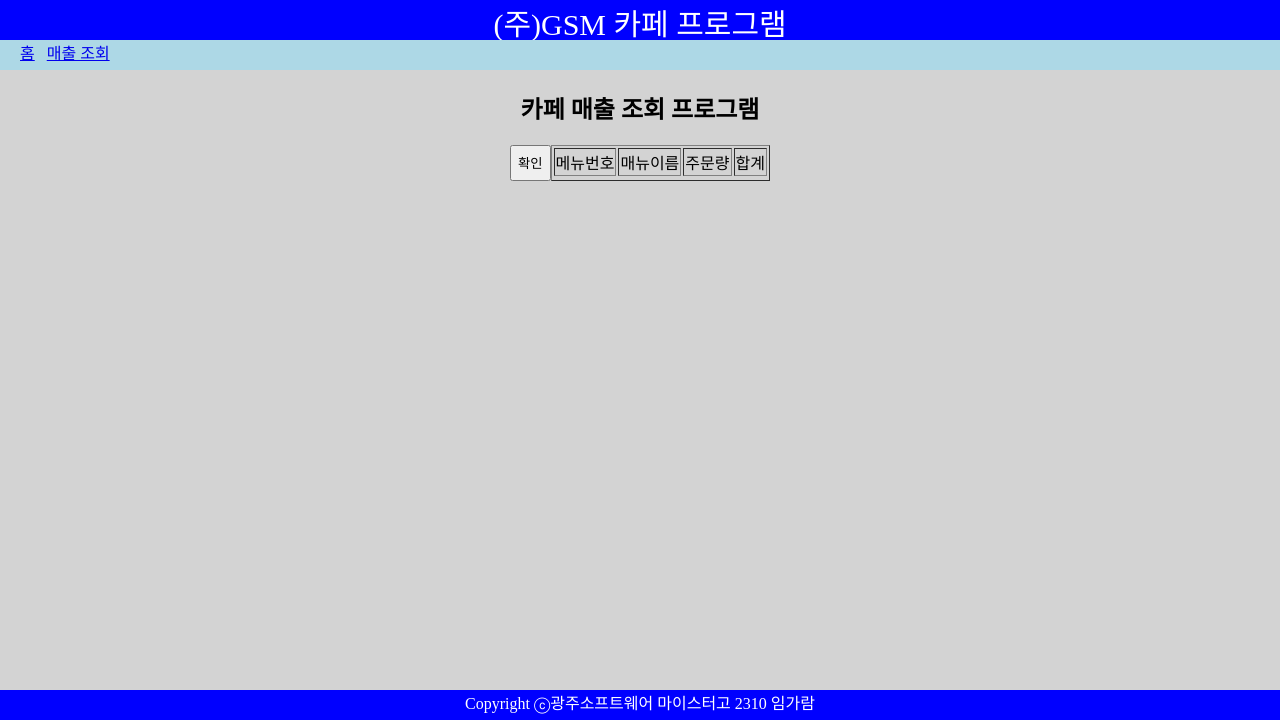
Repository: ImGaram/til
Page: http://localhost/cafe/sales.jsp
These files come from the project's save history. The page is drawn as it stood at one moment and after the next save; the edit follows.
The browser window is 1280 px wide. The pictures show the whole page.
The page is served by Tomcat 9. Queries for data that is not in the repository find no rows.

Above is the page before, as saved 2022-06-29 01:33:21.

### 2학년 jsp(화면구현)/gsm2022/cafe/src/main/webapp/sales.jsp
<%@page import="java.sql.ResultSet"%>
<%@page import="java.sql.PreparedStatement"%>
<%@page import="DBPKG.Util"%>
<%@page import="java.sql.Connection"%>
<%@ page language="java" contentType="text/html; charset=UTF-8"
    pageEncoding="UTF-8"%>
<!DOCTYPE html>
<html>
<head>
<meta charset="UTF-8">
<title>sales</title>
</head>
<body>
<jsp:include page="header.jsp"></jsp:include>
<section style="position:fixed; width:100%; height:100%; top:70px; left:0; background-color: lightgray">
<h2 style="text-align: center">카페 매출 조회 프로그램</h2>
<form name="frm" style="display:flex; justify-content: center; text-align:center;">
<table border="1">

<tr>
<td>메뉴번호</td>
<td>매뉴이름</td>
<td>주문량</td>
<td>합계</td>
</tr>

<%
try {
	String sql = "";
	Connection conn = Util.getConnection();

	sql = "select distinct a.menuno, a.menuname, sum(b.amount), a.price*sum(b.amount) from menu_tbl a, order_tbl b where a.menuno = b.menuno group by a.menuno, a.menuname, a.price order by a.menuno";
	PreparedStatement stmt = conn.prepareStatement(sql);
	ResultSet rs = stmt.executeQuery();

	while(rs.next()) {
		%>
		<tr>
		<td><%=rs.getString(1) %></td>
		<td><%=rs.getString(2) %></td>
		<td><%=rs.getString(3) %></td>
		<td><%=rs.getString(4) %></td>
		</tr>
		<%
	}
} catch(Exception e) {
	e.printStackTrace();
}
%>
<tr>
<button>확인</button>
</tr>

</table>
</form>
</section>
<jsp:include page="footer.jsp"></jsp:include>
</body>
</html>

### 2학년 jsp(화면구현)/gsm2022/cafe/src/main/webapp/header.jsp
<%@ page language="java" contentType="text/html; charset=EUC-KR"
    pageEncoding="UTF-8"%>
<!DOCTYPE html>
<html>
<head>
<meta charset="UTF-8">
<title>header</title>
</head>
<body>
<header style="top:0; left:0; width:100%; height:40px; background-color:blue; color: white; text-align:center; font-size:30px; position:fixed;">
(주)GSM 카페 프로그램
</header>
<nav style="top:40px; left:0; width:100%; height: 30px; background-color:lightblue; padding-left:20px; position:fixed;">
<a href="index.jsp">홈</a> &nbsp;
<a href="sales.jsp">매출 조회</a>
</nav>
</body>
</html>

### 2학년 jsp(화면구현)/gsm2022/cafe/src/main/webapp/footer.jsp
<%@ page language="java" contentType="text/html; charset=EUC-KR"
    pageEncoding="UTF-8"%>
<!DOCTYPE html>
<html>
<head>
<meta charset="UTF-8">
<title>footer</title>
</head>
<body>
<footer style="bottom:0; left:0; position:fixed; background-color:blue; width:100%; height:30px; color:white; text-align:center;">
Copyright ⓒ광주소프트웨어 마이스터고 2310 임가람
</footer>
</body>
</html>

### 2학년 jsp(화면구현)/gsm2022/cafe/src/main/java/DBPKG/Util.java
package DBPKG;

import java.sql.*;

public class Util {
	public static Connection getConnection() throws Exception {
		Class.forName("oracle.jdbc.OracleDriver");
		Connection con = DriverManager.getConnection("jdbc:oracle:thin:@//localhost:1521/xe", "system", "1234");
		return con;
	}
}

After the next save:
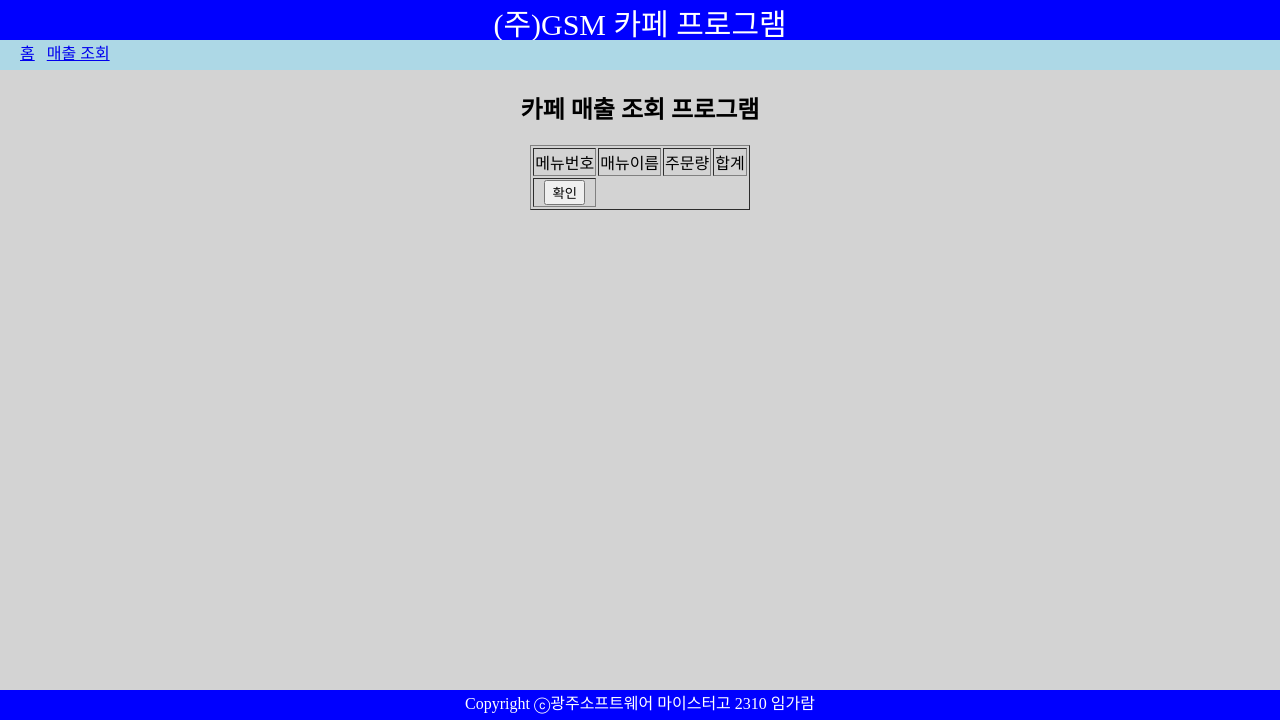
Saved 19 s later.
--- a/2학년 jsp(화면구현)/gsm2022/cafe/src/main/webapp/sales.jsp
+++ b/2학년 jsp(화면구현)/gsm2022/cafe/src/main/webapp/sales.jsp
@@ -47,9 +47,9 @@ try {
 	e.printStackTrace();
 }
 %>
-<tr>
+<td>
 <button>확인</button>
-</tr>
+</td>
 
 </table>
 </form>
